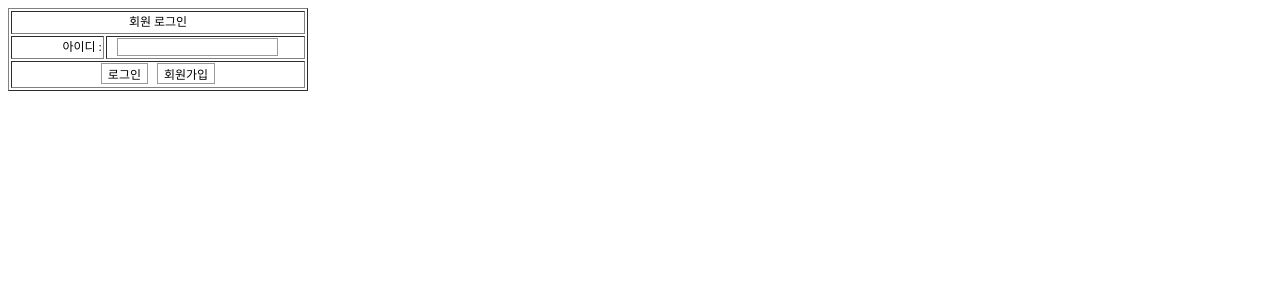
Repository: JIYEON25/model
Page: http://localhost/myWeb/memberone/login.jsp
These files come from the project's save history. The page is drawn as it stood at one moment and after the next save; the edit follows.
The browser window is 1280 px wide. The pictures show the whole page.
The page is served by Tomcat 9. Other server files are loaded and not shown.

Above is the page before, as saved 2023-09-15 05:22:29.

### model1/myJSP/myWeb/src/main/webapp/memberone/login.jsp
<%@ page language="java" contentType="text/html; charset=UTF-8"
    pageEncoding="UTF-8"%>
<!DOCTYPE html>
<html>
<head>
	<meta charset="UTF-8">
	<title>Login</title>
	<link href="style.css" type="text/css" rel="stylesheet"/>
</head>
<body>
	<form method="post" action="#">
	<table width="300" border="1">
		<tr>
			<td colspan="2" align="center">회원 로그인</td>
		</tr>
		<tr>
			<td align="right" width="100">아이디 : </td>
			<td width="200">&nbsp;&nbsp;
				<input type="text" name="id" size="20"/></td>
		</tr>
		<tr>
			<td colspan="2" align="center">
				<input type="submit" value="로그인"/>&nbsp;&nbsp;
				<input type="button" value="회원가입" onClink="javascript:window.location='regForm.jsp"/>
			</td>
		</tr>
	</table>
	</form>
</body>
</html>

### model1/myJSP/myWeb/src/main/webapp/memberone/style.css
@charset "UTF-8";

BODY {
	FONT-SIZE: 9pt;
	COLOR: black;
	LINE-HEIGHT: 160%;
}

TD {
	FONT-SIZE: 9pt;
	COLOR: black;
	LINE-HEIGHT: 160%;
}

SELECT {
	FONT-SIZE: 9pt;
	COLOR: black;
	LINE-HEIGHT: 160%;
}

DIV {
	FONT-SIZE: 9pt;
	COLOR: black;
	LINE-HEIGHT: 160%;
}

FORM {
	FONT-SIZE: 9pt;
	COLOR: black;
	LINE-HEIGHT: 160%;
}

TEXTAREA {
	BORDER-RIGHT: 1px solid #999999;
	BORDER-TOP: 1px solid #999999;
	FONT-SIZE: 9pt;
	BORDER-LEFT: 1px solid #999999;
	COLOR: BLACK;
	BORDER-BOTTOM: 1px solid #999999;
	BACKGROUND-COLOR: white;
}

INPUT {
	BORDER-RIGHT: 1px solid #999999;
	BORDER-TOP: 1px solid #999999;
	FONT-SIZE: 9pt;
	BORDER-LEFT: 1px solid #999999;
	COLOR: BLACK;
	BORDER-BOTTOM: 1px solid #999999;
	BACKGROUND-COLOR: white;
}

A:link {
	text-decoration:none;
	color:#696969
}

A:hover {
	text-decoration:yes;
	color:#66CCFF
}

A:visited {
	text-decoration:none;
	color:#330066
}

After the next save:
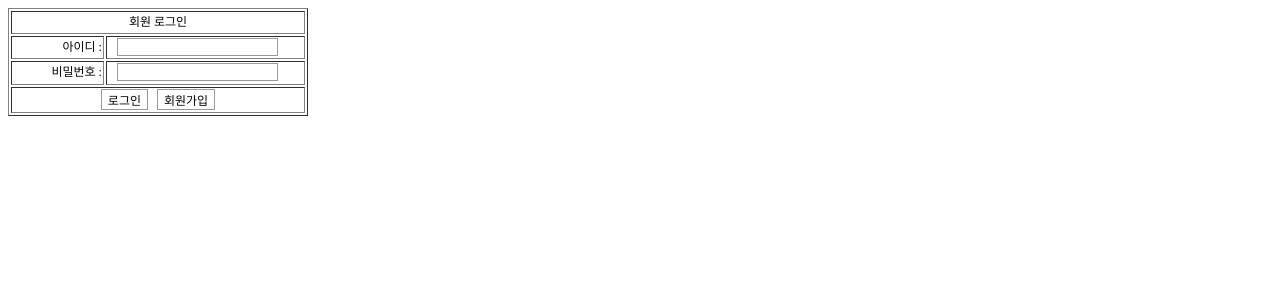
Saved 60 s later.
--- a/model1/myJSP/myWeb/src/main/webapp/memberone/login.jsp
+++ b/model1/myJSP/myWeb/src/main/webapp/memberone/login.jsp
@@ -19,6 +19,11 @@
 				<input type="text" name="id" size="20"/></td>
 		</tr>
 		<tr>
+			<td align="right" width="100">비밀번호 : </td>
+			<td width="200">&nbsp;&nbsp;
+				<input type="text" name="id" size="20"/></td>
+		</tr>
+		<tr>
 			<td colspan="2" align="center">
 				<input type="submit" value="로그인"/>&nbsp;&nbsp;
 				<input type="button" value="회원가입" onClink="javascript:window.location='regForm.jsp"/>
